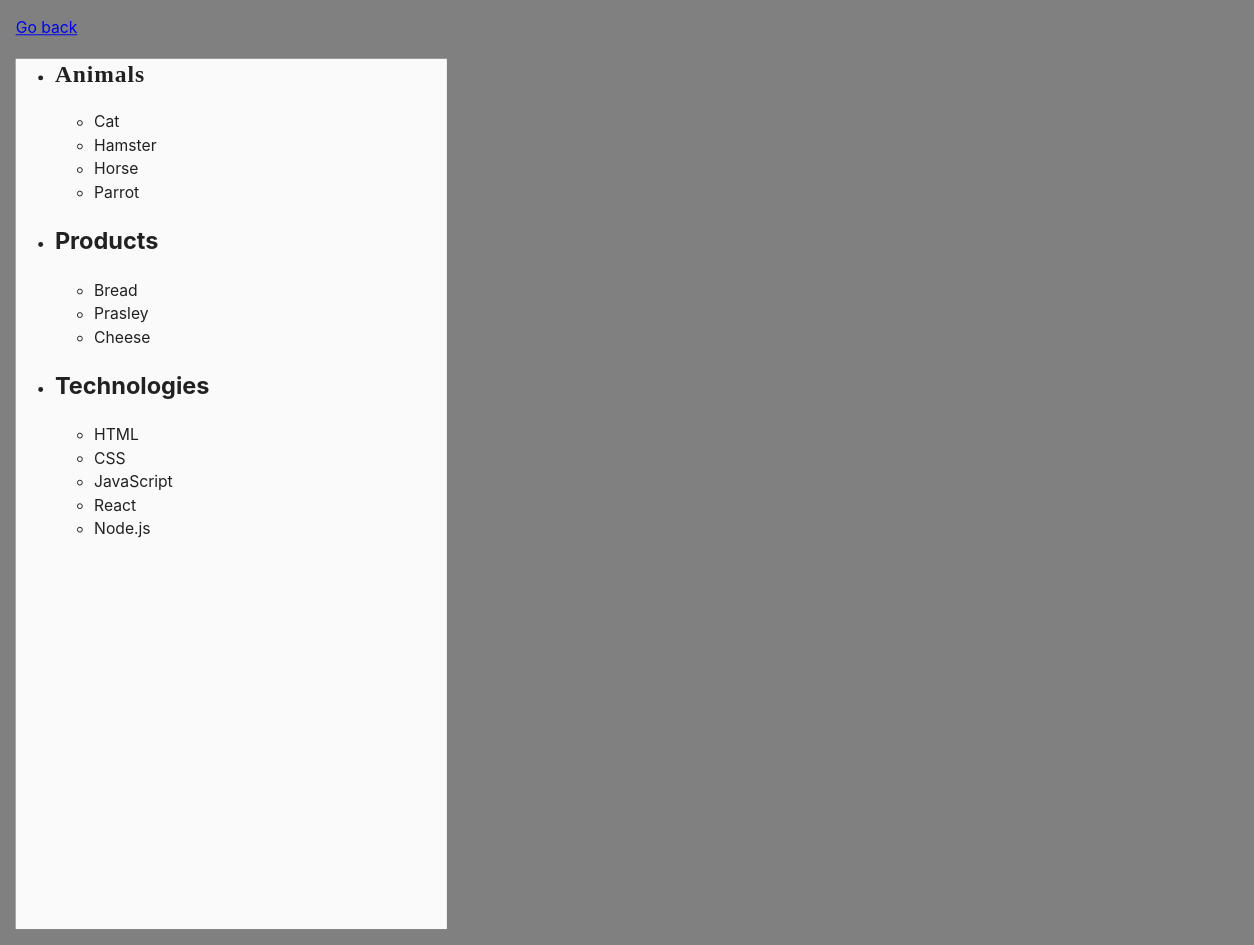
Repository: ViacheslavParfenenko/goit-js-hw-07
Page: task-1.html
These files come from the project's save history. The page is drawn as it stood at one moment and after the next save; the edit follows.
The browser window is 1280 px wide. The pictures show the whole page, at 98% of full size.

Above is the page before, as saved 2024-07-09 16:58:16.

### task-1.html
<!DOCTYPE html>
<html lang="en">
  <head>
    <meta charset="UTF-8" />
    <meta http-equiv="X-UA-Compatible" content="IE=edge" />
    <meta name="viewport" content="width=device-width, initial-scale=1.0" />
    <title>Task 1</title>
    <link rel="stylesheet" href="./css/common.css" />
  </head>
  <body>
    <p><a href="./index.html">Go back</a></p>

    <ul class="list" id="categories">
      <li class="item">
        <h2 class="item-name">Animals</h2>

        <ul>
          <li class="one-item-name">Cat</li>
          <li class="one-item-name">Hamster</li>
          <li class="one-item-name">Horse</li>
          <li class="one-item-name">Parrot</li>
        </ul>
      </li>
      <li class="item">
        <h2>Products</h2>

        <ul>
          <li>Bread</li>
          <li>Prasley</li>
          <li>Cheese</li>
        </ul>
      </li>
      <li class="item">
        <h2>Technologies</h2>

        <ul>
          <li>HTML</li>
          <li>CSS</li>
          <li>JavaScript</li>
          <li>React</li>
          <li>Node.js</li>
        </ul>
      </li>
    </ul>

    <script src="./js/task-1.js" type="module"></script>
  </body>
</html>

### css/common.css
* {
  box-sizing: border-box;
}

body {
  margin: 16px;
  font-family: -apple-system, BlinkMacSystemFont, 'Segoe UI', Roboto, Oxygen,
    Ubuntu, Cantarell, 'Open Sans', 'Helvetica Neue', sans-serif;
  -webkit-font-smoothing: antialiased;
  -moz-osx-font-smoothing: grayscale;
  background-color: gray;
  color: #212121;
  line-height: 1.5;
}

.list {

   width: 440px;
   height: 888px;
   background-color: #fafafa;


}

.item {

  flex: auto;
   width: 392;
   height: ;
}

.item-name {

font-family: Montserrat;
font-size: 24px;
font-weight: 600;
line-height: 32px;
letter-spacing: 0.04em;
text-align: left;


}

.one-item-name {


}

### js/task-1.js
const categoriesList = document.getElementById('categories');

const categoriesItems = categoriesList.querySelectorAll('li.item');

console.log(`Number of categories: ${categoriesItems.length}`);

categoriesItems.forEach(category => {
  const categoryTitle = category.querySelector('h2').textContent;
  const categoryItems = category.querySelectorAll('ul li').length;
  console.log(`Category: ${categoryTitle}`);
  console.log(`Elements: ${categoryItems}`);
});

const style = document.createElement('style');
style.textContent = `
  .categories {
    display: flex;
    flex-wrap:;
    gap: 10px;
    list-style: none;
    border: 1px;
    padding: 0;
    margin: 0;
  }
  .item {
    flex: 1 1 calc(33.333% - 10px);
    box-sizing: border-box;
  }

  }
`;

After the next save:
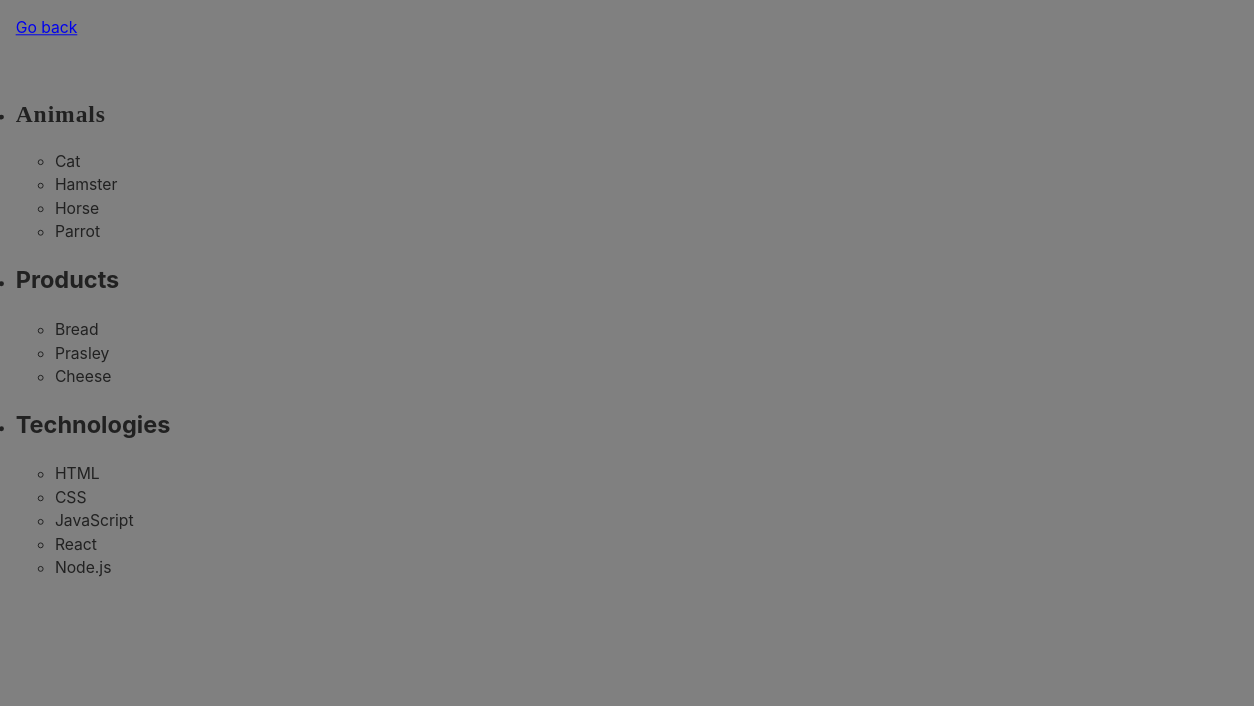
Saved 88 s later.
--- a/css/common.css
+++ b/css/common.css
@@ -15,9 +15,14 @@ body {
 
 .list {
 
-   width: 440px;
-   height: 888px;
-   background-color: #fafafa;
+  width: Hug (440px)px;
+height: Hug (888px)px;
+top: -679px;
+left: -1308px;
+padding: 24px 0px 0px 0px;
+gap: 24px;
+border-radius: 8px 0px 0px 0px;
+opacity: 0px;
 
 
 }
